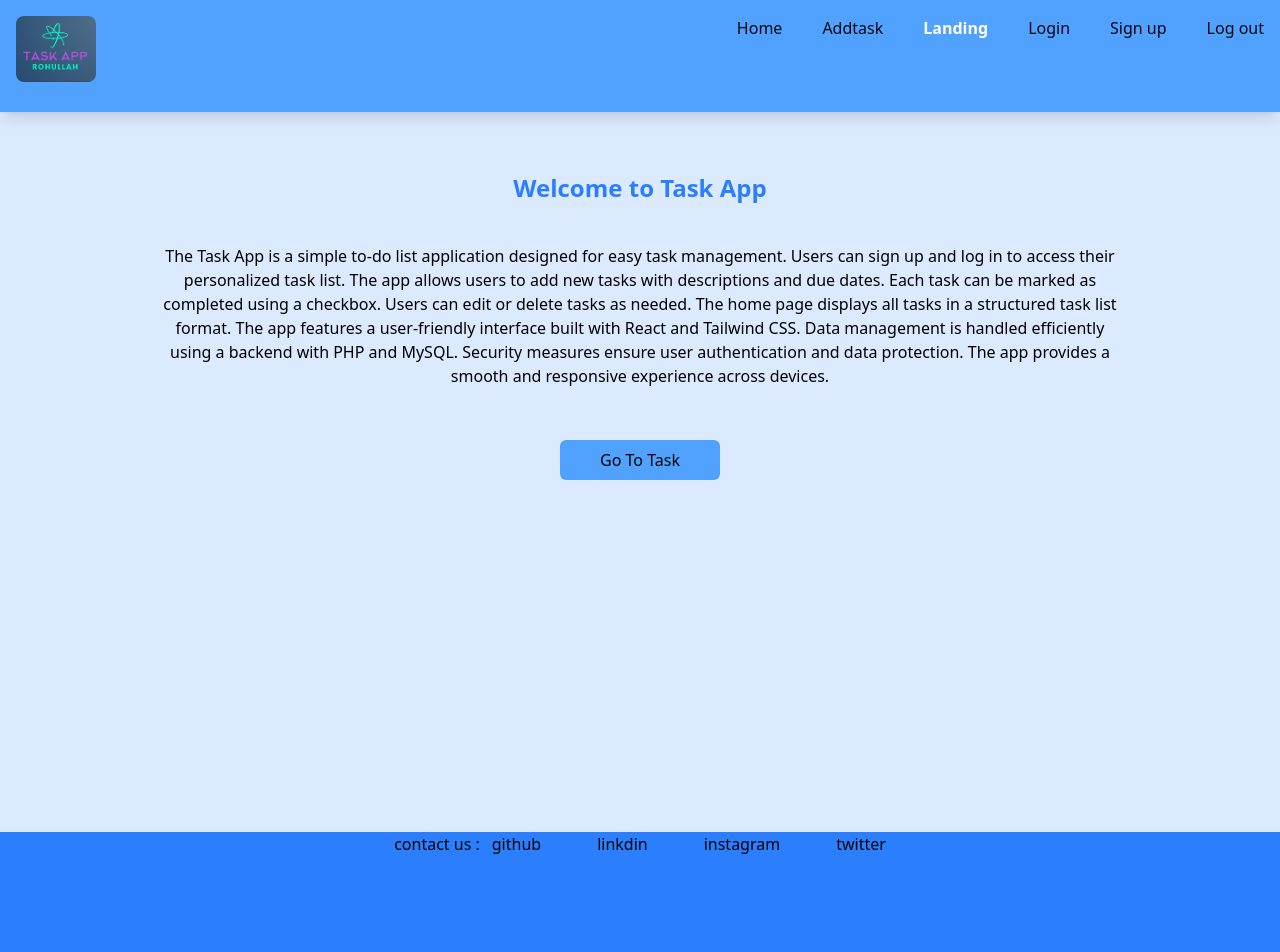
Repository: Rohullah-Noori/TaskApp
Page: /
These files come from the project's save history. The page is drawn as it stood at one moment and after the next save; the edit follows.
The browser window is 1280 px wide. The pictures show the whole page.
The project was rebuilt for these pictures with package versions that can differ from the ones it lists, and the page was loaded fresh each time. Also part of the build but not shown: vite.config.js, src/components/Loader.jsx, src/pages/Home.jsx, src/pages/Login.jsx, src/pages/Signup.jsx, src/pages/Addtask.jsx, src/pages/Edittask.jsx, src/pages/Errorpage.jsx and 1 more.

Above is the page before, as saved 2025-03-01 05:01:06.

### src/index.css
@import "tailwindcss";

.input {
  @apply border-3 border-blue-200 focus:outline-blue-500 w-full rounded-md p-1;
}

.containerForm {
  @apply flex items-center justify-center h-screen bg-blue-100 flex-grow overflow-y-auto;
}
.parentContainerForm {
  @apply w-full max-w-md bg-white p-8 rounded-lg shadow-lg;
}

.heading {
  @apply text-3xl font-bold mb-6 text-gray-800 text-center p-4;
}

.taskContainer {
  @apply bg-blue-100 h-screen justify-center flex;
}
.taskinnerContainer {
  @apply mt-10 text-center h-[90%]  shadow-lg bg-amber-50  rounded-xl p-10  max-w-md w-full;
}

.btndesign {
  @apply mt-3 cursor-pointer rounded-md py-2 mb-2  w-40 bg-blue-400  hover:bg-blue-500 hover:text-white;
}

### src/App.jsx
import { TasksProvider } from "./components/TaskContext";
import { BrowserRouter as Router, Routes, Route } from "react-router-dom";
// import PrivateRoute from "./components/PrivateRoute";
import { AuthProvider } from "./components/PrivateContext";
import Landing from "./pages/Landing";
import Home from "./pages/Home";
import Login from "./pages/Login";
import Signup from "./pages/Signup";
import Addtask from "./pages/Addtask";
import Edittask from "./pages/Edittask";
import Errorpage from "./pages/Errorpage";
import Logout from "./pages/Logout";

function App() {
  return (
    <>
      <Router>
        <AuthProvider>
          <TasksProvider>
            <Routes>
              {/* <Route path="/" element={<PrivateRoute />}></Route> */}
              <Route index element={<Landing />} />
              <Route path="/addtask" element={<Addtask />} />
              <Route path="/home" element={<Home />} />
              <Route path="/edit-task/:taskId" element={<Edittask />} />
              <Route path="/login" element={<Login />} />

              <Route path="/signup" element={<Signup />} />
              <Route path="/logout" element={<Logout />} />

              <Route path="/*" element={<Errorpage />} />
            </Routes>
          </TasksProvider>
        </AuthProvider>
      </Router>
    </>
  );
}

export default App;

### src/components/TaskContext.jsx
import { createContext, useContext, useState } from "react";

const TaskContext = createContext();
export const TasksProvider = ({ children }) => {
  const [tasks, setTasks] = useState([]);
  const [loading, setIsloading] = useState(false);
  const addtask = (newtask) => {
    setTasks((prevtask) => [...prevtask, newtask]);
  };

  const updateTask = (taskId, taskdata) => {
    setTasks((prevtask) =>
      prevtask.map((task) =>
        task.id === Number(taskId)
          ? {
              ...task,
              title: taskdata.title,
              startTime: taskdata.startTime,
              endTime: taskdata.endTime,
            }
          : task
      )
    );
  };

  return (
    <TaskContext.Provider
      value={{
        tasks,
        addtask,
        setTasks,
        loading,
        setIsloading,
        updateTask,
      }}
    >
      {children}
    </TaskContext.Provider>
  );
};

export const useTasks = () => useContext(TaskContext);

### src/components/PrivateContext.jsx
import { createContext, useContext, useEffect, useState } from "react";
import { useNavigate } from "react-router-dom";

const AuthContext = createContext();
export const AuthProvider = ({ children }) => {
  const [islogin, setIslogin] = useState(() => {
    return localStorage.getItem("islogin") === "true";
  });
  const navigate = useNavigate();

  useEffect(
    function () {
      localStorage.setItem("islogin", islogin ? "true" : "false");
    },

    [islogin]
  );

  const login = () => {
    setIslogin(true);
    navigate("/home");
  };

  const logout = () => {
    setIslogin(false);
    navigate("/login");
  };

  return (
    <AuthContext.Provider value={{ login, logout, islogin }}>
      {children}
    </AuthContext.Provider>
  );
};

export const useAuth = () => useContext(AuthContext);

### src/pages/Landing.jsx
import { Link, useNavigate } from "react-router-dom";
import Button from "../components/Button";
import Navbar from "../components/Navbar";
import { useEffect, useState } from "react";
import Loader from "../components/Loader";
import Footer from "../components/Footer";

function Landing() {
  const [loading, setIsloading] = useState(false);
  const navigate = useNavigate();

  function handleClick() {
    setIsloading(true);
    setTimeout(() => {
      navigate("/home");
      setIsloading(false);
    }, 1000);
  }

  return (
    <>
      <Navbar />
      <div className="flex bg-blue-100 justify-items-center  sm:h-screen justify-center">
        <div className=" text-center mt-15 px-10 sm:px-20 md:px-30 lg:px-40 ">
          <h2 className="font-bold sm:text-2xl text-blue-500 ">
            Welcome to Task App
          </h2>
          <p className="mt-10">
            The Task App is a simple to-do list application designed for easy
            task management. Users can sign up and log in to access their
            personalized task list. The app allows users to add new tasks with
            descriptions and due dates. Each task can be marked as completed
            using a checkbox. Users can edit or delete tasks as needed. The home
            page displays all tasks in a structured task list format. The app
            features a user-friendly interface built with React and Tailwind
            CSS. Data management is handled efficiently using a backend with PHP
            and MySQL. Security measures ensure user authentication and data
            protection. The app provides a smooth and responsive experience
            across devices.
          </p>
          <div className="mt-10">
            {loading && <Loader />}
            <Button onClick={handleClick}>Go To Task</Button>
          </div>
        </div>
      </div>
      <Footer />
    </>
  );
}

export default Landing;

### src/components/Button.jsx
function Button({ children, onClick, disabled }) {
  return (
    <button onClick={onClick} disabled={disabled} className="btndesign">
      {children}
    </button>
  );
}

export default Button;

### src/components/Navbar.jsx
import { Link, useLocation } from "react-router-dom";
import { useState } from "react";
function Navbar() {
  const location = useLocation();
  const [Open, setIsOpen] = useState(false);

  function Toggle() {
    setIsOpen(!Open);
  }

  return (
    <nav className="bg-blue-400  flex shadow-lg p-4  justify-between    sticky top-0 z-10 ">
      <div className="size-20  ">
        <img src="../src/assets/logo/Capture.PNG" className="rounded-lg" />
      </div>
      <div className="lg:hidden">
        <button className="text-white" onClick={Toggle}>
          <svg
            xmlns="http://www.w3.org/2000/svg"
            fill="none"
            viewBox="0 0 24 24"
            stroke="currentColor"
            className="h-6 w-6"
          >
            <path
              strokeLinecap="round"
              strokeLinejoin="round"
              strokeWidth="2"
              d="M4 6h16M4 12h16M4 18h16"
            />
          </svg>
        </button>
      </div>
      <ul className=" hidden lg:flex space-x-10">
        {[
          {
            path: "/home",
            label: "Home",
          },
          {
            path: "/addtask",
            label: "Addtask",
          },
          {
            path: "/",
            label: "Landing",
          },
          {
            path: "/login",
            label: "Login",
          },

          {
            path: "/signup",
            label: "Sign up",
          },
          {
            path: "/logout",
            label: "Log out",
          },
        ].map((item) => (
          <li key={item.path}>
            <Link
              to={item.path}
              className={`hover:text-amber-50 active:text-amber-50 ${
                location.pathname === item.path
                  ? "text-white font-bold"
                  : "text-gray-950"
              }`}
            >
              {item.label}
            </Link>
          </li>
        ))}
      </ul>
      <div
        className={`${
          Open ? "block" : "hidden"
        } absolute w-full top-24 flex flex-col justify-center items-start pl-6  text-center left-0 bg-blue-400 text-white text-center py-4`}
      >
        {[
          {
            path: "/home",
            label: "Home",
          },
          {
            path: "/addtask",
            label: "Addtask",
          },
          {
            path: "/",
            label: "Landing",
          },
          {
            path: "/login",
            label: "Login",
          },

          {
            path: "/signup",
            label: "Sign up",
          },
          {
            path: "/edittask",
            label: "Edit",
          },
        ].map((item) => (
          <Link
            key={item.path}
            to={item.path}
            className={`hover:text-amber-50 active:text-amber-50 ${
              location.pathname === item.path
                ? "text-white font-bold"
                : "text-gray-950"
            }`}
          >
            {item.label}
          </Link>
        ))}
      </div>
    </nav>
  );
}

export default Navbar;

### src/components/Footer.jsx
function Footer() {
  return (
    <div className="w-full">
      <div className="bg-blue-500 w-full h-30 flex justify-center space-x-3">
        <div>
          <h1>contact us :</h1>
        </div>
        <div className="flex flex-row space-x-14">
          <span>github</span>
          <span>linkdin</span>
          <span>instagram</span>
          <span>twitter</span>
        </div>
      </div>
    </div>
  );
}

export default Footer;

Loaded but not shown: index.html (common file); src/main.jsx (common file)

After the next save:
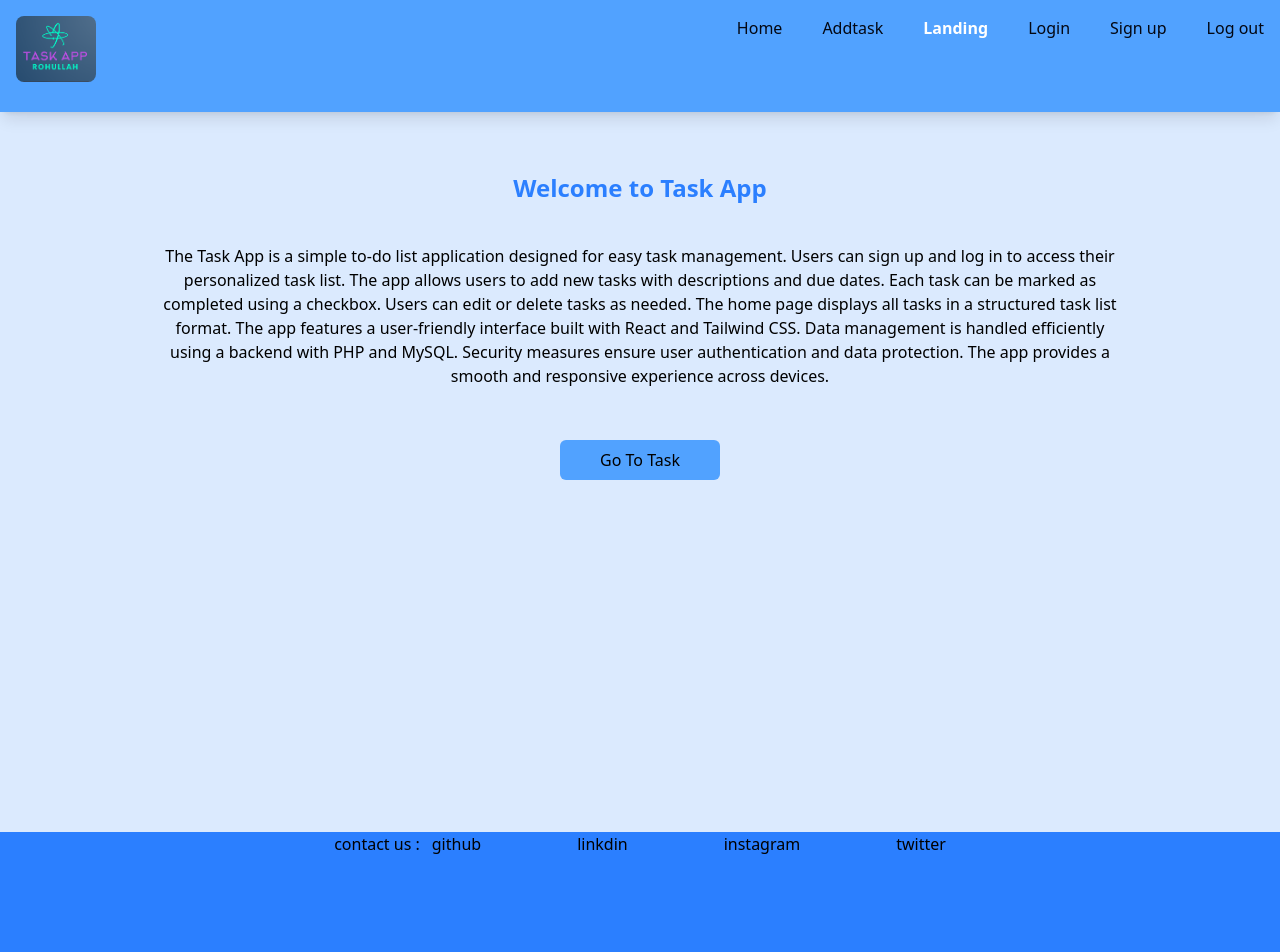
Saved 13 s later.
--- a/src/components/Footer.jsx
+++ b/src/components/Footer.jsx
@@ -5,7 +5,7 @@ function Footer() {
         <div>
           <h1>contact us :</h1>
         </div>
-        <div className="flex flex-row space-x-14">
+        <div className="flex flex-row space-x-24">
           <span>github</span>
           <span>linkdin</span>
           <span>instagram</span>
